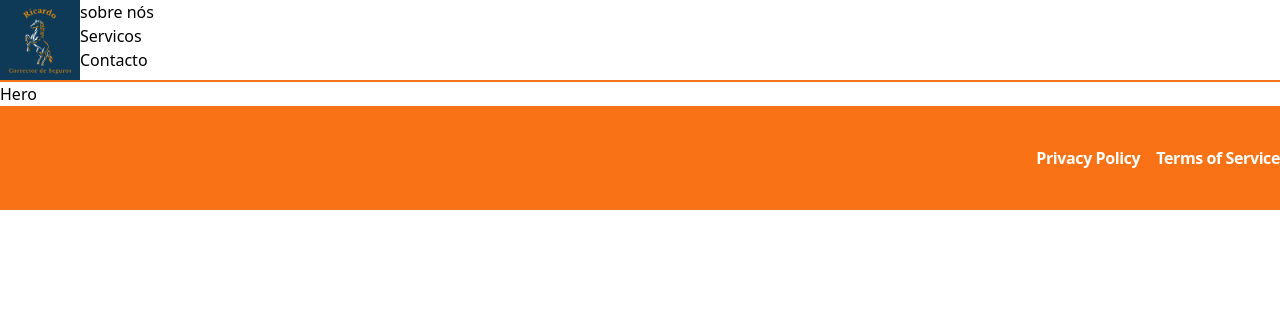
Repository: Arturgouveia1970/ricardo-seguros
Page: /
The author's editor kept a copy of each file at every save. The page is drawn from the files as they stood at one save, then again after a run of saves.
The browser window is 1280 px wide. The pictures show the whole page.
The project was rebuilt for these pictures with package versions that can differ from the ones it lists, and the page was loaded fresh each time. Also part of the build but not shown: vite.config.js.

Above is the page before, as saved 2024-04-03 15:57:10.

After the next 3 saves:
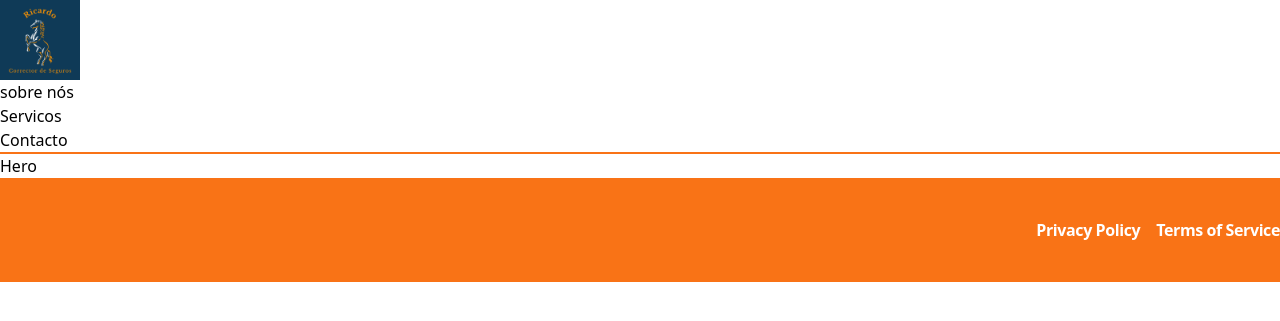
The 3 saves are shown as one change because they came seconds apart.
The last was saved 27 s later.
--- a/src/components/Header.jsx
+++ b/src/components/Header.jsx
@@ -3,7 +3,7 @@
 
 function Header() {
   return (
-    <div className="border-b-2 border-b-orange-500 bg-blue flex ">
+    <div className="border-b-2 border-b-orange-500 bg-blue flex flex-col">
       <div className="h-20 w-20 flex flex-col">
         <img src={"/src/assets/ricardo2.png"} alt="logo"  />
       </div>

After the 2 saves that followed:
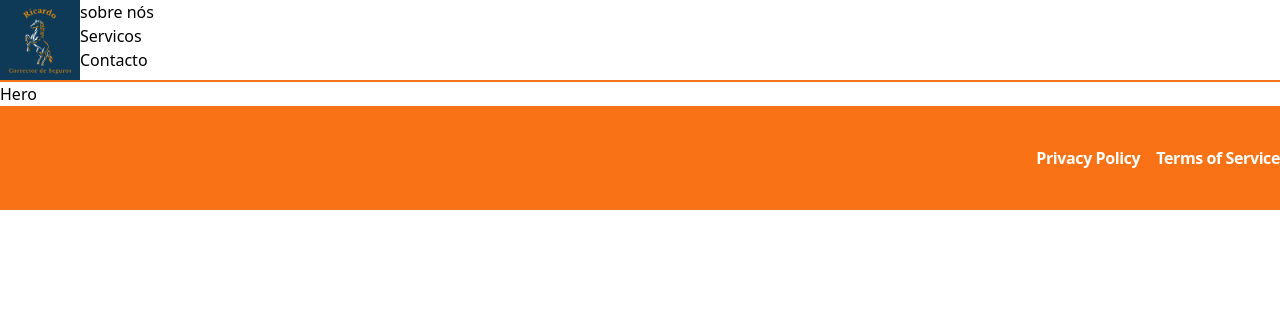
The 2 saves are shown as one change because they came seconds apart.
The last was saved 10 s later.
--- a/src/components/Header.jsx
+++ b/src/components/Header.jsx
@@ -3,7 +3,7 @@
 
 function Header() {
   return (
-    <div className="border-b-2 border-b-orange-500 bg-blue flex flex-col">
+    <div className="border-b-2 border-b-orange-500 bg-blue flex">
       <div className="h-20 w-20 flex flex-col">
         <img src={"/src/assets/ricardo2.png"} alt="logo"  />
       </div>
